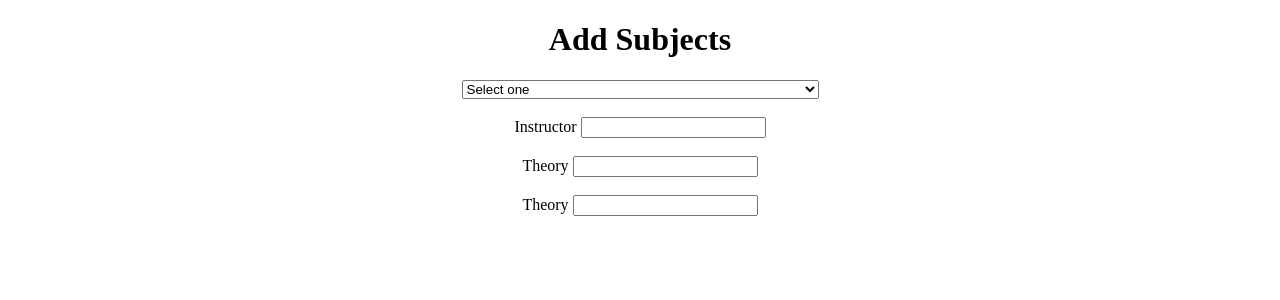
Repository: Gauravsh20/CollegeProject
Page: http://localhost/Clg_project/Add_Subjects.jsp
An editor plug-in stored every save of this project. The page is shown before and after a run of saves, followed by the edit.
The browser window is 1280 px wide. The pictures show the whole page.
The page is served by Tomcat 9. Other server files are loaded and not shown.

Above is the page before, as saved 2022-10-25 07:16:04.

### Clg_project/src/main/webapp/Add_Subjects.jsp
<%@ taglib uri="http://java.sun.com/jsp/jstl/core" prefix="c" %>
<%@ page language="java" contentType="text/html; charset=ISO-8859-1"
    pageEncoding="ISO-8859-1"%>
<!DOCTYPE html>
<html>
<head>
<meta charset="ISO-8859-1">
<title>Insert title here</title>
<script src="https://code.jquery.com/jquery-3.5.1.min.js"></script>
</head>
<body>
<script>
    $(document) .ready(function() {
    	$("#subject").change(function(){
    	var values=$("#subject option:selected");
    	if(values.text()=="C#"){
    		$("#instructor").val("NIIT Instr");
    		$("#theory").val(84);
    		$("#practical").val(56);
        	}
    	if(values.text()=="PC Architecture"){
    		$("#instructor").val("Lt Col Pankaj Verma");
    		$("#theory").val(42);
    		$("#practical").val(14);
        	}
    	if(values.text()=="PC Hardware 1"){
    		$("#instructor").val("Lt Col Pankaj Verma");
    		$("#theory").val(90);
    		$("#practical").val(50);
        	}
    	if(values.text()=="PC Hardware 2"){
    		$("#instructor").val("Maj Abhishek Rai");
    		$("#theory").val(69);
    		$("#practical").val(41);
        	}
    	if(values.text()=="Microprocessor Interfacing devices & Embedded System"){
    		$("#instructor").val("Maj Dinesh Dahiya");
    		$("#theory").val(107);
    		$("#practical").val(93);
        	}
    	if(values.text()=="Operating System"){
    		$("#instructor").val("Lt Col KP Krishna Kumar");
    		$("#theory").val(80);
    		$("#practical").val(70);
        	}
    	if(values.text()=="Data Structures"){
    		$("#instructor").val("Lt Col Ajay Kacker");
    		$("#theory").val(60);
    		$("#practical").val(0);
        	}
    	if(values.text()=="SQL Server"){
    		$("#instructor").val("NIIT Instr");
    		$("#theory").val(60);
    		$("#practical").val(156);
        	}
    	});
    	});
</script>
<center>
<h1>Add Subjects</h1>

<form action="">
<select id="subject" name="subject">
<option value="" selected="selected">Select one</option>
<option  value = "PC Architecture">PC Architecture</option>
<option value = "PC Hardware 1">PC Hardware 1</option>
<option value = "PC Hardware 2">PC Hardware 2</option>
<option value = "Microprocessor Interfacing devices & Embedded System">Microprocessor Interfacing devices & Embedded System</option>
<option value = "C#">C#</option>
<option value = "Data Structures">Data Structures</option>
<option value = "Operating System">Operating System</option>
<option value = "SQL Server">SQL Server</option>
</select> <br/><br/>
Instructor
<input type="txt" id="instructor" name="instructor"><br/><br/>
Theory
<input type="number" id="theory" name="theory"><br/><br/>
Theory
<input type="number" id="practical" name="practical"><br/><br/>
</form>
</center>
</body>
</html>

After the next 2 saves:
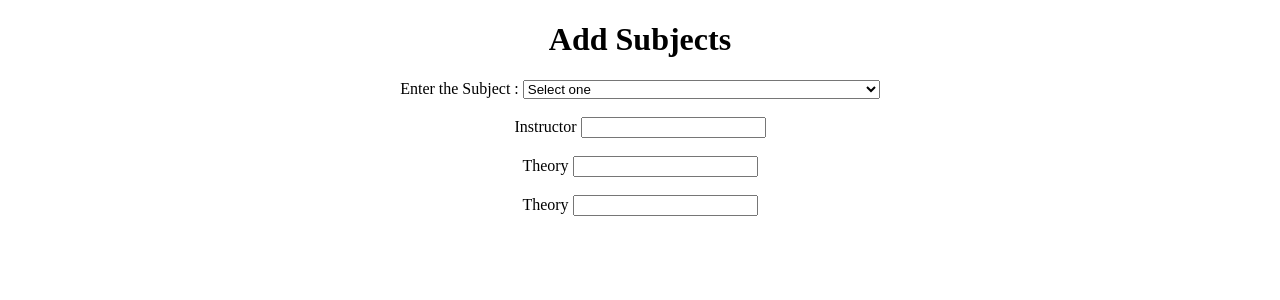
The 2 saves are shown as one change because they came seconds apart.
The last was saved 28 s later.
--- a/Clg_project/src/main/webapp/Add_Subjects.jsp
+++ b/Clg_project/src/main/webapp/Add_Subjects.jsp
@@ -60,6 +60,7 @@
 <h1>Add Subjects</h1>
 
 <form action="">
+Enter the Subject :
 <select id="subject" name="subject">
 <option value="" selected="selected">Select one</option>
 <option  value = "PC Architecture">PC Architecture</option>
